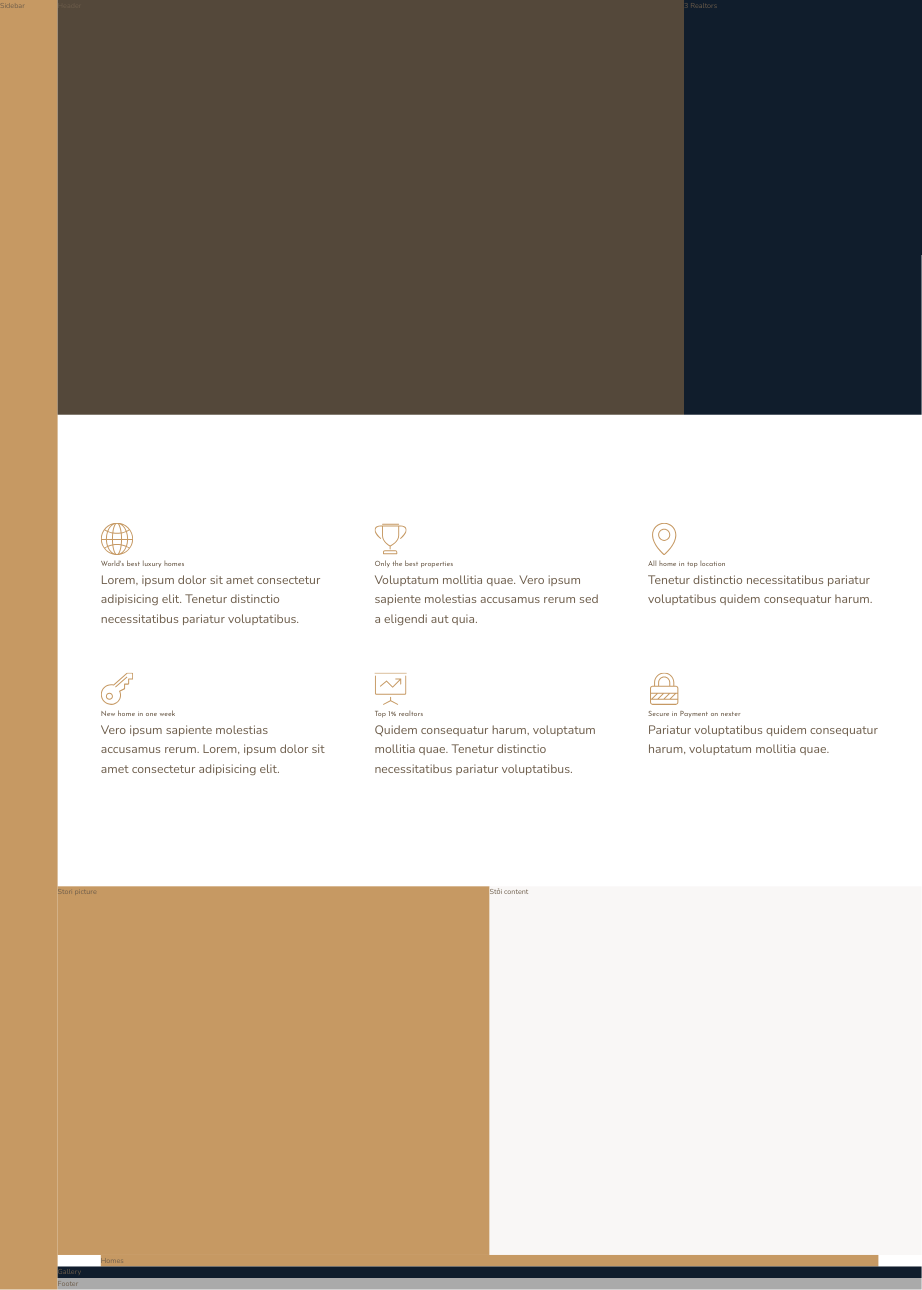
Repository: m2pd/your-home
Page: index.html
These files come from the project's save history. The page is drawn as it stood at one moment and after a run of saves; the edit follows.
The browser window is 1280 px wide. The pictures show the whole page, at 72% of full size.
The style sheet was rebuilt from its Sass, Less or Tailwind sources for each picture, by a compiler version that may differ from the author's.

Above is the page before, as saved 2020-03-03 15:38:45.

### index.html
<!DOCTYPE html>
<html lang="en">
    <head>
        <meta charset="UTF-8">
        <meta name="viewport" content="width=device-width, initial-scale=1.0">
        <meta http-equiv="X-UA-Compatible" content="ie=edge">

        <link href="https://fonts.googleapis.com/css?family=Josefin+Sans:300,400,400i|Nunito:300,300i" rel="stylesheet">
        <link rel="stylesheet" href="css/style.css">
        <link rel="shortcut icon" type="image/png" href="img/favicon.png">

        <title>nexter &mdash; your home, your freedom</title>
    </head>
    <body class="container">

        <div class="sidebar">
            Sidebar
        </div>

        <header class="header">
            Header
        </header>

        <div class="realtors">
            3 Realtors
        </div>

        <div class="features">
            <div class="feature feature-1">
                <svg class="feature__icon">
                    <use xlink:href="img/sprite.svg#icon-global"></use>
                </svg>
                <h4 class="heading-4">World's best luxury homes</h4>
                <p class="feature__text">
                    Lorem, ipsum dolor sit amet consectetur adipisicing elit. Tenetur distinctio necessitatibus pariatur voluptatibus.
                </p>
            </div>

            <div class="feature feature-2">
                <svg class="feature__icon">
                    <use xlink:href="img/sprite.svg#icon-trophy"></use>
                </svg>
                <h4 class="heading-4">Only the best properties</h4>
                <p class="feature__text">
                    Voluptatum mollitia quae. Vero ipsum sapiente molestias accusamus rerum sed a eligendi aut quia.
                </p>
            </div>

            <div class="feature feature-3">
                <svg class="feature__icon">
                    <use xlink:href="img/sprite.svg#icon-map-pin"></use>
                </svg>
                <h4 class="heading-4">All home in top location</h4>
                <p class="feature__text">
                    Tenetur distinctio necessitatibus pariatur voluptatibus quidem consequatur harum.
                </p>
            </div>

            <div class="feature feature-4">
                <svg class="feature__icon">
                    <use xlink:href="img/sprite.svg#icon-key"></use>
                </svg>
                <h4 class="heading-4">New home in one week</h4>
                <p class="feature__text">
                    Vero ipsum sapiente molestias accusamus rerum. Lorem, ipsum dolor sit amet consectetur adipisicing elit.
                </p>
            </div>

            <div class="feature feature-5">
                <svg class="feature__icon">
                    <use xlink:href="img/sprite.svg#icon-presentation"></use>
                </svg>
                <h4 class="heading-4">Top 1% realtors</h4>
                <p class="feature__text">
                    Quidem consequatur harum, voluptatum mollitia quae. Tenetur distinctio necessitatibus pariatur voluptatibus.
                </p>
            </div>

            <div class="feature feature-6">
                <svg class="feature__icon">
                    <use xlink:href="img/sprite.svg#icon-lock"></use>
                </svg>
                <h4 class="heading-4">Secure in Payment on nexter</h4>
                <p class="feature__text">
                    Pariatur voluptatibus quidem consequatur harum, voluptatum mollitia quae.
                </p>
            </div>
        </div>

        <div class="story__pictures">
            Stori picture
        </div>

        <div class="story__content">
            Stỏi content
        </div>

        <section class="homes">
            Homes
        </section>

        <section class="gallery">
            Gallery
        </section>

        <footer class="footer">
            Footer
        </footer>

    </body>
</html>

### sass/_base.scss
// COLOR VARIABLES
$color-primary: #c69963;
$color-primary-dark: #B28451;

$color-secondary: #101d2c;

$color-grey-light-1: #f9f7f6;
$color-grey-light-2: #aaa;

$color-grey-dark-1: #54483A;
$color-grey-dark-2: #6D5D4B;

// FONT VARIABLES
$font-primary: 'Nunito', sans-serif;
$font-display: 'Josefin Sans', sans-serif;


*,
*::before,
*::after{
    margin:0;
    padding:0;
    box-sizing: inherit;
}

html{
    font-size:62.5%;
    box-sizing: border-box;
}

body{
    font-family: $font-primary;
    color: $color-grey-dark-2;
    font-weight: 300;
    line-height: 1.6;
}

.container{
    display: grid;
    grid-template-rows: 80vh min-content 40vw repeat(3, min-content);
    grid-template-columns:[sidebar-start] 8rem [sidebar-end full-start] minmax(6rem, 1fr) [center-start] repeat(8, [col-start] minmax(min-content, 14rem) [col-end]) [center-end] minmax(6rem, 1fr) [full-end];

}

### sass/_typography.scss
%heading {
  font-family: $font-display;
  font-weight: 400;
}

.heading-1 {
  @extend %heading;
}

.heading-2 {
  @extend %heading;
}

.heading-3 {
  @extend %heading;
}

.heading-4 {
  @extend %heading;
}

### sass/_features.scss
.features{
    grid-column: center-start /  center-end;

    margin: 15rem 0;
    display: grid;
    grid-template-columns: repeat(3, 1fr);
    grid-gap: 6rem;
}

.feature{

    &__icon{
        fill: $color-primary;
        width:4.5rem;
        height:4.5rem
    }

    &__text{
        font-size: 1.7rem;
    }
}

### sass/_story.scss
.story{
    &__pictures{
        background-color: $color-primary;
        grid-column: full-start / col-end 4;
    }

    &__content{
        background-color: $color-grey-light-1;
        grid-column: col-start 5 / full-end;
    }
}

### sass/_homes.scss
.homes{
    background-color: $color-primary;
    grid-column: center-start / center-end;
}

### sass/_gallery.scss
.gallery{
    background-color: $color-secondary;
    grid-column: full-start / full-end;
}

### sass/_footer.scss
.footer{
    background-color: $color-grey-light-2;
    grid-column: full-start / full-end;
}

Loaded but not shown: sass/main.scss (common file); sass/_sidebar.scss (common file); sass/_header.scss (common file); sass/_realtors.scss (common file)

After the next 3 saves:
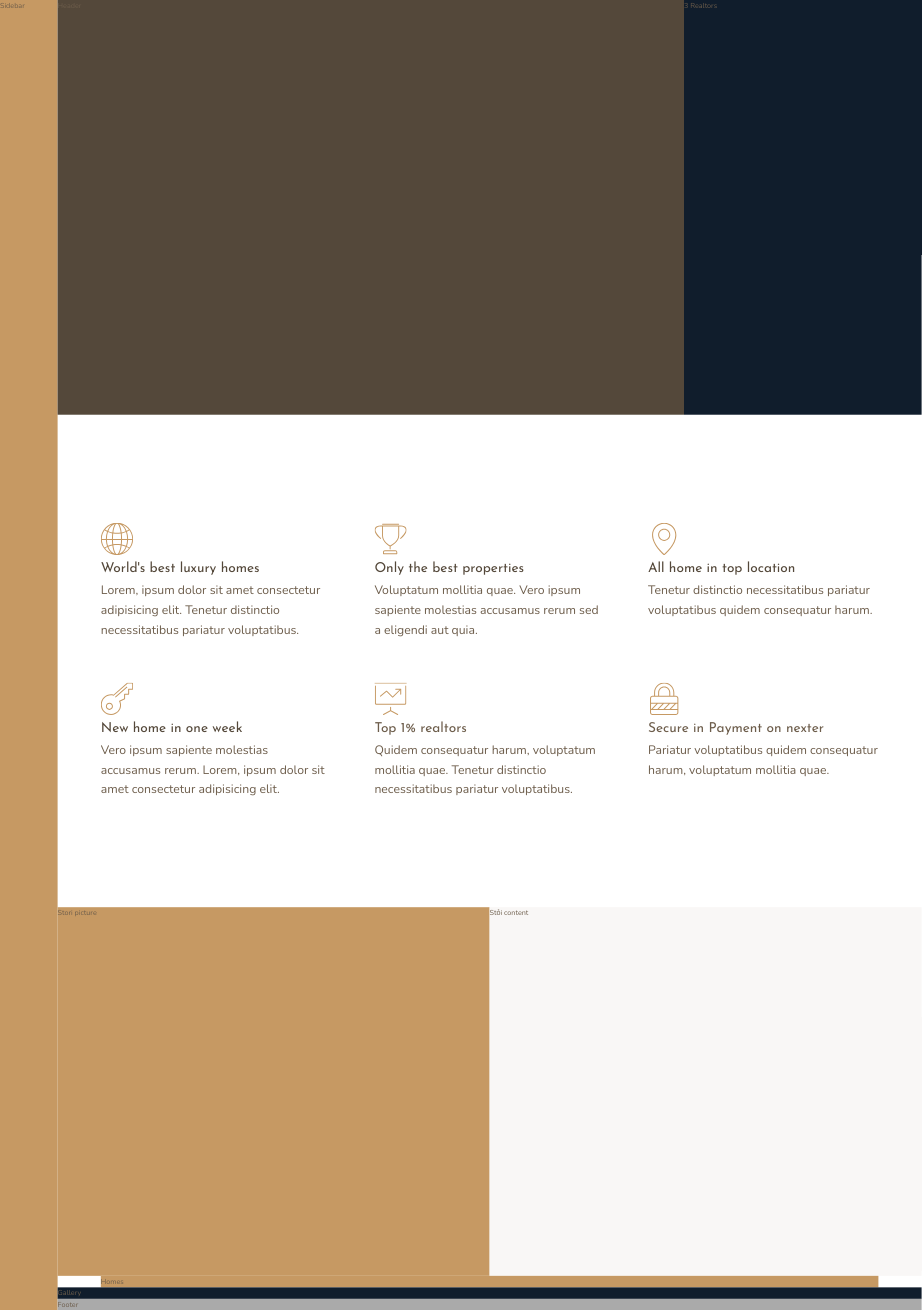
The 3 saves are shown as one change because 2 did not build or start.
The last was saved 107 s later.
--- a/index.html
+++ b/index.html
@@ -30,7 +30,7 @@
                 <svg class="feature__icon">
                     <use xlink:href="img/sprite.svg#icon-global"></use>
                 </svg>
-                <h4 class="heading-4">World's best luxury homes</h4>
+                <h4 class="heading-4 heading-4--dark">World's best luxury homes</h4>
                 <p class="feature__text">
                     Lorem, ipsum dolor sit amet consectetur adipisicing elit. Tenetur distinctio necessitatibus pariatur voluptatibus.
                 </p>
@@ -40,7 +40,7 @@
                 <svg class="feature__icon">
                     <use xlink:href="img/sprite.svg#icon-trophy"></use>
                 </svg>
-                <h4 class="heading-4">Only the best properties</h4>
+                <h4 class="heading-4 heading-4--dark">Only the best properties</h4>
                 <p class="feature__text">
                     Voluptatum mollitia quae. Vero ipsum sapiente molestias accusamus rerum sed a eligendi aut quia.
                 </p>
@@ -50,7 +50,7 @@
                 <svg class="feature__icon">
                     <use xlink:href="img/sprite.svg#icon-map-pin"></use>
                 </svg>
-                <h4 class="heading-4">All home in top location</h4>
+                <h4 class="heading-4 heading-4--dark">All home in top location</h4>
                 <p class="feature__text">
                     Tenetur distinctio necessitatibus pariatur voluptatibus quidem consequatur harum.
                 </p>
@@ -60,7 +60,7 @@
                 <svg class="feature__icon">
                     <use xlink:href="img/sprite.svg#icon-key"></use>
                 </svg>
-                <h4 class="heading-4">New home in one week</h4>
+                <h4 class="heading-4 heading-4--dark">New home in one week</h4>
                 <p class="feature__text">
                     Vero ipsum sapiente molestias accusamus rerum. Lorem, ipsum dolor sit amet consectetur adipisicing elit.
                 </p>
--- a/sass/_typography.scss
+++ b/sass/_typography.scss
@@ -17,4 +17,9 @@
 
 .heading-4 {
   @extend %heading;
+  font-size: 1.9rem;
+
+  &--light{ color: $color-grey-light-1;}
+  &--dark{ color: $color-grey-dark-1;}
+
 }
